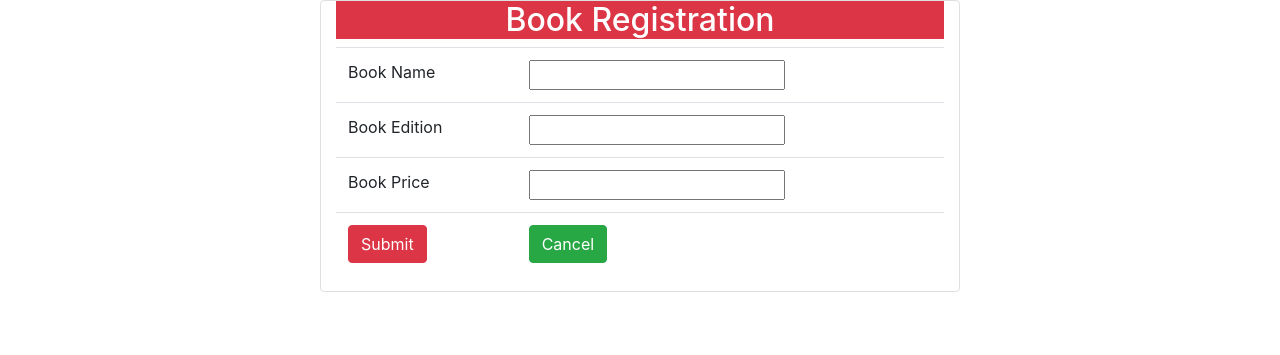
Repository: meriam0000/servlet
Page: BookWebApp/src/main/webapp/Home.html
An editor plug-in stored every save of this project. The page is shown before and after the next save, followed by the edit.
The browser window is 1280 px wide. The pictures show the whole page.

Above is the page before, as saved 2024-02-13 11:22:29.

### BookWebApp/src/main/webapp/Home.html
<!DOCTYPE html>
<html>
<head>
<meta charset="UTF-8">
<title>Book Registration</title>
<link rel="stylesheet"  href="css/bootstrap.css ">
</head>
<body class="container-fluid card" style="width:40rem;" >
<h2 class="bg-danger text-white text-center">Book Registration </h2>
<form action="register" method="post" >
<table class="table table-hover" >
<tr>
<td>
Book Name

</td>
<td>
<input type="text" name="bookName">
</td>
</tr>
<tr>
<td>
Book Edition
</td>
<td>
<input type="text" name="bookEdition">
</td>
</tr>

<tr>
<td>
Book Price
</td>
<td>
<input type="text" name="bookPrice">
</td>
</tr>

<tr>
<td><button type ="submit"  class="btn btn-danger"> Submit</button></td>
<td><button type="reset" class="btn btn-success" > Cancel</button></td>
</tr>

</table>


</form>
</body>
</html>

Loaded but not shown: BookWebApp/src/main/webapp/css/bootstrap.css (library)

After the next save:
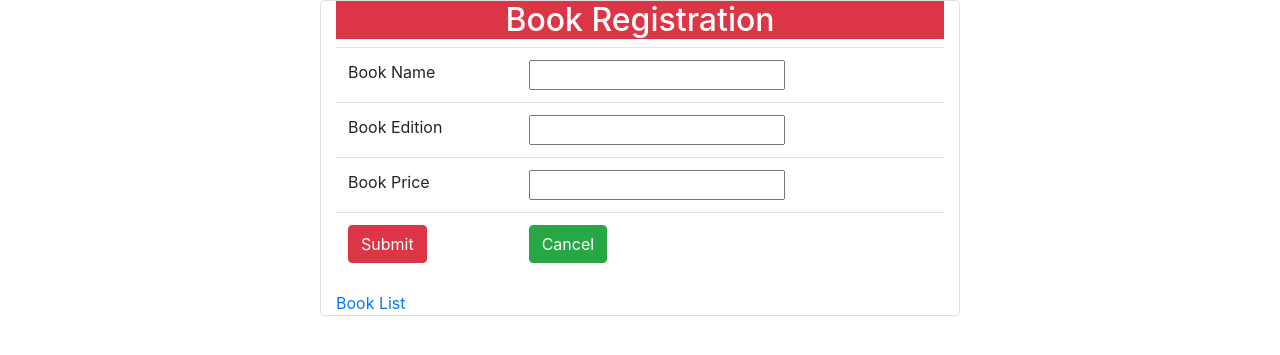
Saved 2 h 24 min later.
--- a/BookWebApp/src/main/webapp/Home.html
+++ b/BookWebApp/src/main/webapp/Home.html
@@ -43,7 +43,7 @@ Book Price
 
 </table>
 
-
+<a href="bookList"> Book List</a>
 </form>
 </body>
 </html>
